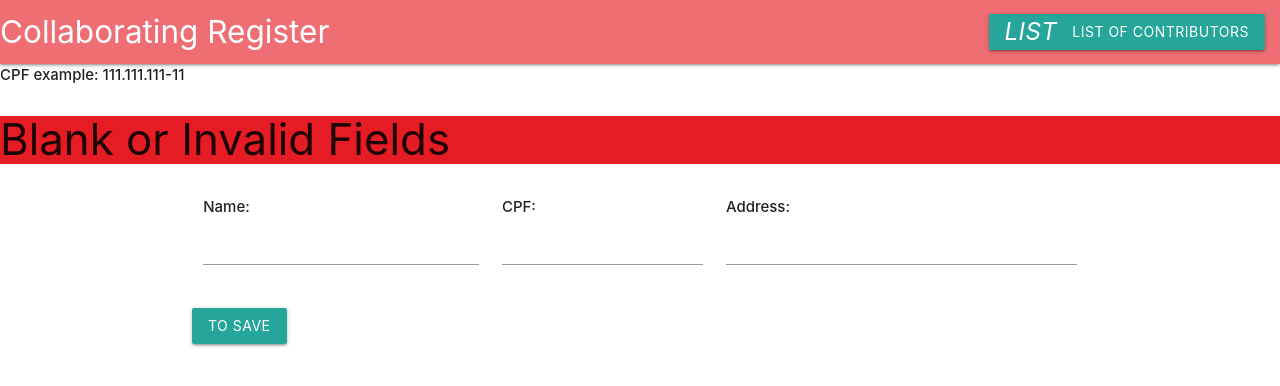
Repository: matheusf98/Api-REST_Brasilprev
Page: http://localhost/collaborator/formCollaboratorError
These files come from the project's save history. The page is drawn as it stood at one moment and after the next save; the edit follows.
The browser window is 1280 px wide. The pictures show the whole page.
The page is this project's Thymeleaf template; nobody is signed in. The template is opened directly, without the code that normally fills it, so the values that code supplies are empty.

Above is the page before, as saved 2020-09-15 02:43:15.

### collaborator/src/main/resources/templates/collaborator/formCollaboratorError.html
<!DOCTYPE html>
<html xmlns:th="http://thymeleaf.org"
	  xmlns:layout="http://www.ultraq.net.nz/thymeleaf/layout">
<head>
<title>Collaborator</title>
<meta charset="ISO-8859-1">
	<!--Import Google Icon Font-->
      <link href="https://fonts.googleapis.com/icon?family=Material+Icons" rel="stylesheet"/>
      <!--Import materialize.css-->
      <link type="text/css" rel="stylesheet" href="materialize/css/materialize.min.css"  media="screen,projection"/>
</head>
<body>
	<header>
	<nav>
    	<div class="nav-wrapper">
     		 <a href="#" class="brand-logo">Collaborating Register</a>
      			<ul id="nav-mobile" class="right hide-on-med-and-down">
       			 <li><a href="collaborator" class="waves-effect waves-light btn"><i class="material-icons left">list</i>List of Contributors</a></li>
      		</ul>
    	</div>
  </nav>
	</header>
	<strong>CPF example: 111.111.111-11</strong>
	<br>
	<h3 class="a">Blank or Invalid Fields</h3>

	<form class="container" action="" method="post">
	<div class="row">
		<div class="input-field col s4">
			<strong>Name:</strong><input type="text" value="" name="name"/>
		</div>
		<div class="input-field col s3">
			<strong>CPF:</strong><input type="text" value="" name="cpf"/>
		</div>
		<div class="input-field col s5">
			<strong>Address:</strong><input type="text" value="" name="address"/>
		</div>
	</div>
		<button class="waves-effect waves-light btn" type="submit">To save</button>
	</form>
	<!--JavaScript at end of body for optimized loading-->
      <script type="text/javascript" src="materialize/js/materialize.min.js"></script>
</body>
</html>

Loaded but not shown: collaborator/src/main/resources/static/materialize/css/materialize.min.css (library); collaborator/src/main/resources/static/materialize/js/materialize.min.js (library)

After the next save:
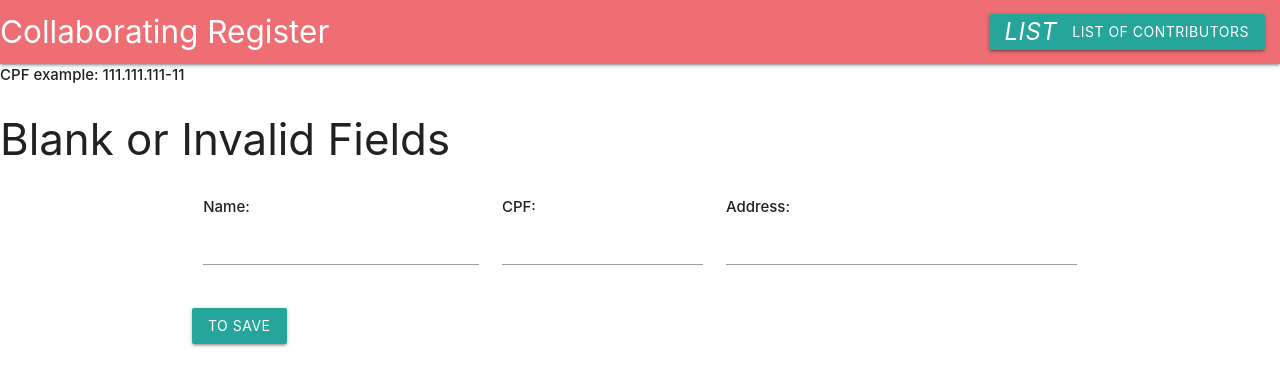
Saved 17 s later.
--- a/collaborator/src/main/resources/templates/collaborator/formCollaboratorError.html
+++ b/collaborator/src/main/resources/templates/collaborator/formCollaboratorError.html
@@ -22,7 +22,7 @@
 	</header>
 	<strong>CPF example: 111.111.111-11</strong>
 	<br>
-	<h3 class="a">Blank or Invalid Fields</h3>
+	<h3 class="invalid">Blank or Invalid Fields</h3>
 
 	<form class="container" action="" method="post">
 	<div class="row">
